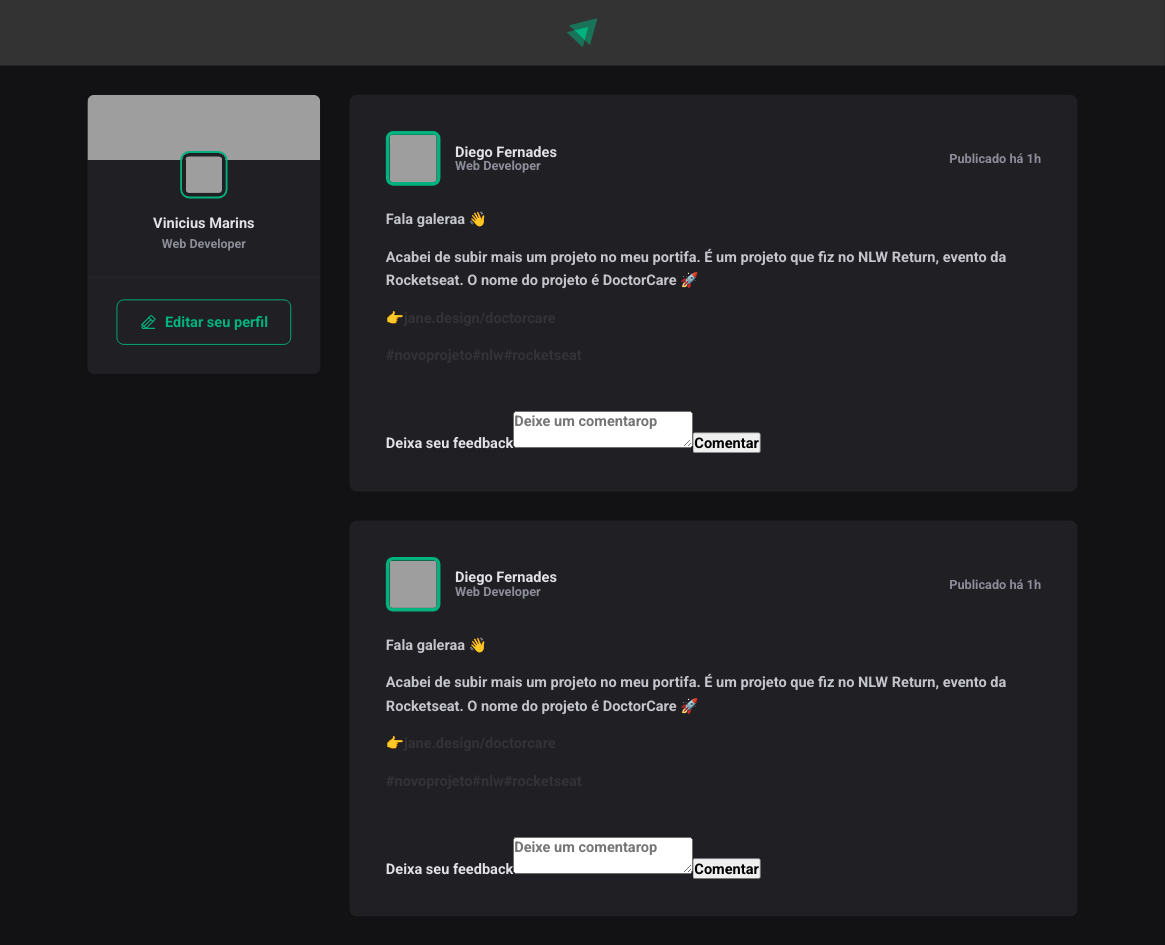
Repository: viniimartins/reactFundamentosRocketseat
Page: /
The author's editor kept a copy of each file at every save. The page is drawn from the files as they stood at one save, then again after the next save.
The browser window is 1280 px wide. The pictures show the whole page, at 91% of full size.
Pictures or frames that could not be fetched are drawn as grey boxes. The project was rebuilt for these pictures with package versions that can differ from the ones it lists, and the page was loaded fresh each time. Also part of the build but not shown: vite.config.js.

Above is the page before, as saved 2023-04-29 23:09:53.

### index.html
<!DOCTYPE html>
<html lang="en">
  <head>
    <meta charset="UTF-8" />

    <link rel="preconnect" href="https://fonts.googleapis.com">
    <link rel="preconnect" href="https://fonts.gstatic.com" crossorigin>

    <link rel="icon" type="image/svg+xml" href="/vite.svg" />
    <meta name="viewport" content="width=device-width, initial-scale=1.0" />


    <link href="https://fonts.googleapis.com/css2?family=Montserrat&family=Roboto:wght@700&display=swap" rel="stylesheet">


    <title>Vite + React</title>
  </head>
  <body>
    <div id="root"></div>
    <script type="module" src="/src/main.jsx"></script>
  </body>
</html>

### src/App.jsx
import { Header } from './Components/Header'
import { Post } from './Components/Post'

import './global.css'


import styles from './App.module.css'
import { Sidebar } from './Components/Sidebar'

function App() {
  return (
    <>
      <div>
        <Header />


        <div className={styles.wrapper}>
          <Sidebar />
          <main>
            <Post
              author="Gabriel"
              content="Lorem ipsum dolor sit amet consectetur adipisicing elit. Asperiores aut, accusamus quasi hic earum blanditiis adipisci reiciendis enim eaque facilis doloribus, iusto incidunt! Aliquid ut debitis temporibus eius placeat autem!"
            />
            <Post
              author="Gabriel"
              content="Lorem ipsum dolor sit amet consectetur adipisicing elit. Asperiores aut, accusamus quasi hic earum blanditiis adipisci reiciendis enim eaque facilis doloribus, iusto incidunt! Aliquid ut debitis temporibus eius placeat autem!"
            />
          </main>
        </div>
      </div>

    </>
  )

}

export default App

### src/Components/Header.jsx
import styles from './Header.module.css';
import igniteLogo from '../assets/ignite-logo.svg'

export function Header() {
    return (
        <header className={styles.header}>
            <img src={igniteLogo}></img>
        </header>
    );
}

### src/Components/Post.jsx
import styles from './Post.module.css'

export function Post() {
    return (
        <article className={styles.post}>
            <header>
                <div className={styles.author}>
                    <img className={styles.avatar} src="https://avatars.githubusercontent.com/u/84347013?v=4" />
                    <div className={styles.authorInfo}>
                        <strong>Diego Fernades</strong>
                        <span>Web Developer</span>
                    </div>
                </div>
                <time title="11 de Maio ás 08:13" dateTime="2022-05-11 08:13:30">Publicado há 1h</time>
            </header>


            <div className={styles.content}>
                <p> Fala galeraa 👋</p>
                <p>Acabei de subir mais um projeto no meu portifa. É um projeto que fiz no NLW Return, evento da Rocketseat. O nome do projeto é DoctorCare 🚀</p>
                <p>👉<a href="">jane.design/doctorcare</a></p>
                <p>
                    <a href="">#novoprojeto</a>{''}
                    <a href="">#nlw</a>{''}
                    <a href="">#rocketseat</a>
                </p>
            </div>

            <form className={styles.commentForm}>
                <strong>Deixa seu feedback</strong>

                <textarea
                    placeholder='Deixe um comentarop'
                />

                <button type="submit">Comentar</button>
            </form>
        </article>
    )
}

### src/global.css
:root {
  --white: #fff;

  --gray-100: #e1e1e6;
  --gray-300: #c4c4cc;
  --gray-400: #8d8d99;
  --gray-500: #323238;
  --gray-700: #29292e;
  --gray-800: #202024;
  --gray-900: #121214;

  --green-500: #00b37e;
  --green-300: #00875f;
}

* {
  margin: 0;
  padding: 0;
  box-sizing: border-box;
}

body {
  background: var(--gray-900);
  color: var(--gray-300);
  -webkit-font-smoothing: antialiased;
}

body,
input,
textarea,
button {
  font-family: "Roboto", sans-serif;
  font-weight: 400;
  font-size: 1rem;
}

### src/Components/Sidebar.jsx
import { PencilLine } from "phosphor-react";

import styles from './Sidebar.module.css'

export function Sidebar() {
    return (
        <aside className={styles.sidebar}>
            <img
                className={styles.cover}
                src="https://images.unsplash.com/photo-1587620962725-abab7fe55159?ixlib=rb-4.0.3&ixid=MnwxMjA3fDB8MHxwaG90by1wYWdlfHx8fGVufDB8fHx8&auto=format&fit=crop&w=500&q=50"
            />
            <div className={styles.profile}>
                <img
                    className={styles.avatar}
                    src="https://avatars.githubusercontent.com/u/84347013?v=4"
                />
                <strong>Vinicius Marins</strong>
                <span>Web Developer</span>
            </div>

            <footer>
                <a href="#">
                    <PencilLine size={20} />
                    Editar seu perfil</a>
            </footer>
        </aside>
    )
}

### src/Components/Header.module.css
.header {
    background: #333;
    display: flex;
    justify-content: center;
    padding: 1.25rem 0
}

.header img {
    height: 2rem;
}

### src/Components/Post.module.css
.post {
  background: var(--gray-800);
  border-radius: 8px;
  padding: 2.5rem;
}

.post + .post {
  margin-top: 2rem;
}

.content {
  line-height: 1.6;
  color: var(--gray-300);
  margin-top: 1.5rem;
}

.content p {
  margin-top: 1rem;
}

.content a {
  font-weight: bold;
  color: var(--gray-500);
  text-decoration: none;
}

.content a:hover {
  color: var(--gray-300);
}

.post > header {
  display: flex;
  align-items: center;
  justify-content: space-between;
}

.post > header time {
  font-size: 0.875rem;
  color: var(--gray-400);
}

.author {
  display: flex;
  align-items: center;
  gap: 1rem;
}

.author img {
  width: calc(3rem + 12px);
  height: calc(3rem + 12px);
  border-radius: 8px;
  border: 4px solid var(--gray-800);
  border: 4px solid var(--green-500);
}

.authorInfo strong {
  display: block;
  color: var(--gray-100);
  line-height: 1;
}

.authorInfo span {
  display: block;
  font-size: 0.875rem;
  color: var(--gray-400);
  line-height: 1;
}

.commentForm {
  width: 100%;
  margin-top: 1.5rem;
  padding-top: 1.5rem;
  border-top: 1px solid var(--gray-600);
}


.commentForm > strong {
  line-height: 1.6;
  color: var(--gray-100);
}

### src/Components/Sidebar.module.css
.sidebar {
  background: var(--gray-800);
  border-radius: 8px;
  overflow: hidden;
}

.cover {
  width: 100%;
  height: 72px;
  object-fit: cover;
}

.profile {
  display: flex;
  flex-direction: column;
  align-items: center;

  margin-top: calc(0px - 1.5rem - 6px);
}

.profile strong {
  margin-top: 1rem;
  color: var(--gray-100);
  line-height: 1.6;
}

.profile span {
  font-size: 0.857rem;
  color: var(--gray-400);
  line-height: 1.6;
}

.avatar {
  width: 3rem;
  height: 3rem;
  border-radius: 8px;
  border: 4px solid var(--gray-800);
  outline: 2px solid var(--green-500);

  margin-top: calc(1.5rem - 6px);
}

.sidebar footer {
  border-top: 1px solid var(--gray-700);
  margin-top: 1.5rem;
  padding: 1.5rem 2rem 2rem;
}

.sidebar footer a {
  background: transparent;
  color: var(--green-500);
  border: 1px solid var(--green-500);
  border-radius: 8px;
  height: 50px;
  padding: 0 1.5rem;
  font-weight: bold;
  display: block;
  text-decoration: none;

  display: flex;
  align-items: center;
  justify-content: center;

  gap: 0.5rem;

  transition: color 0.1s, background-color 0.1s;
}

.sidebar footer a:hover {
  background: var(--green-500);
  color: var(--white);
}

Loaded but not shown: src/main.jsx (common file); src/App.module.css (common file)

After the next save:
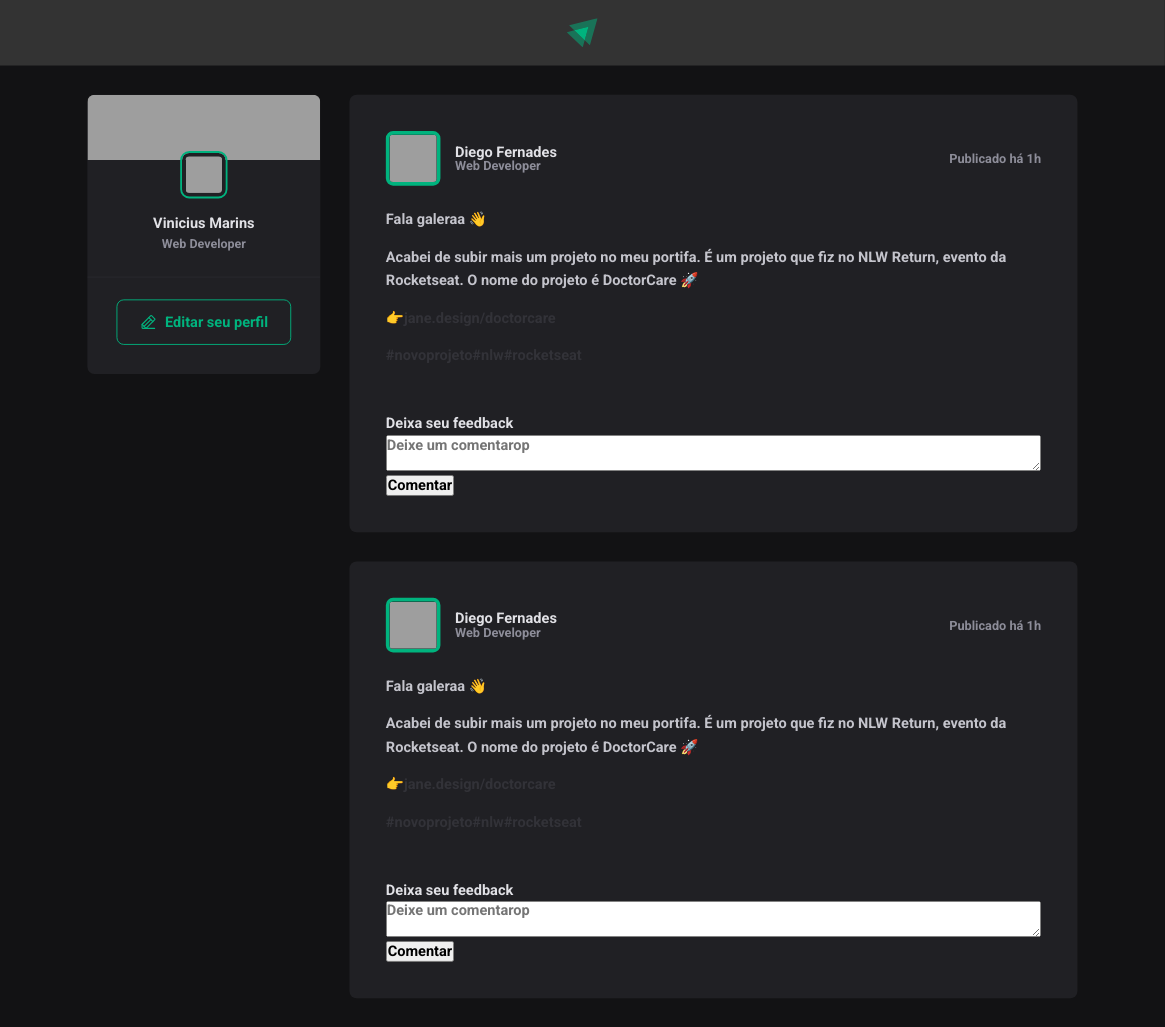
Saved 25 s later.
--- a/src/Components/Post.module.css
+++ b/src/Components/Post.module.css
@@ -78,3 +78,7 @@
   line-height: 1.6;
   color: var(--gray-100);
 }
+
+.commentForm textarea {
+  width: 100%;
+}
